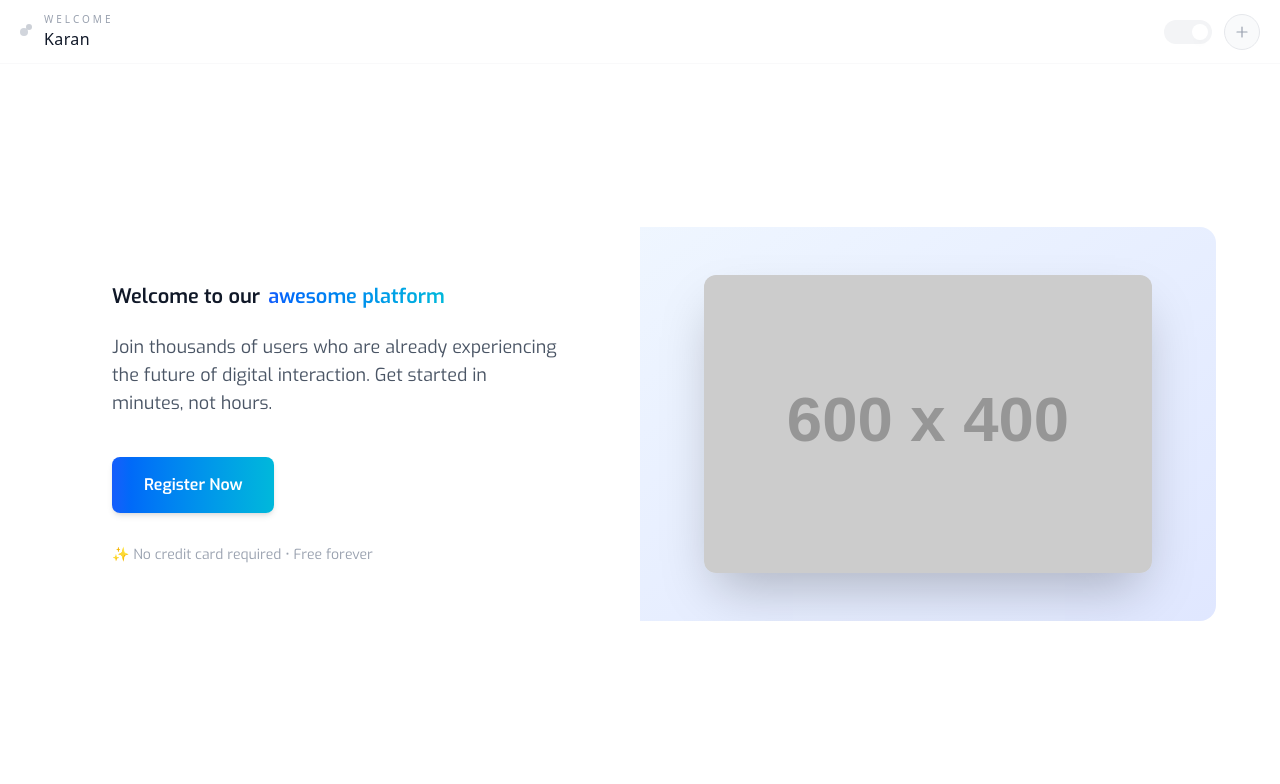
Repository: deepak445566/job
Page: / (app in frontend/)
An editor plug-in stored every save of this project. The page is shown before and after the next save, followed by the edit.
The browser window is 1280 px wide. The pictures show the whole page.
The page's requests for data from a server got no answer. Some web fonts or font styles are not loaded; a fallback is used. The project was rebuilt for these pictures with package versions that can differ from the ones it lists, and the page was loaded fresh each time. Some packages were replaced by stand-ins written for this rebuild. No one was signed in, and anything a server would have sent is missing. Also part of the build but not shown: frontend/vite.config.js, frontend/src/Components/auth/Login.jsx, frontend/src/Components/study/StudyDashboard.jsx, frontend/src/Components/chill/ChillDashboard.jsx.

Above is the page before, as saved 2026-02-26 13:58:09.

After the next save:
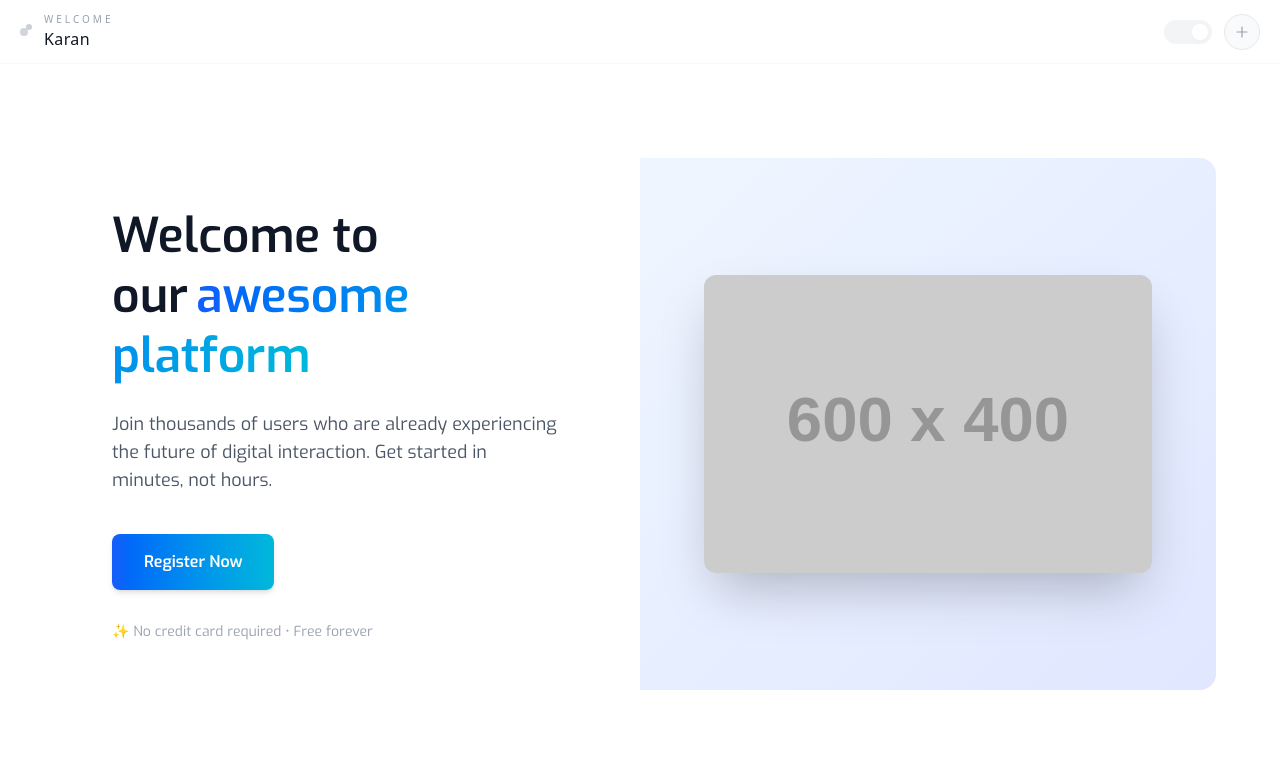
Saved 4 s later.
--- a/frontend/src/Components/Dashboard.jsx
+++ b/frontend/src/Components/Dashboard.jsx
@@ -29,7 +29,7 @@ function Dashboard() {
         {/* Left side: Text and button */}
         <div className="w-full md:w-1/2 p-8 sm:p-10 lg:p-12 flex flex-col justify-center space-y-6">
           {/* Heading */}
-          <h1 className="text-4xl sm:text-xl font-semibold text-gray-900 leading-tight">
+          <h1 className="text-4xl sm:text-5xl font-semibold text-gray-900 leading-tight">
             Welcome to our
             <span className="text-transparent bg-clip-text bg-gradient-to-r from-blue-600 to-cyan-500 block sm:inline sm:ml-2">
               awesome platform
